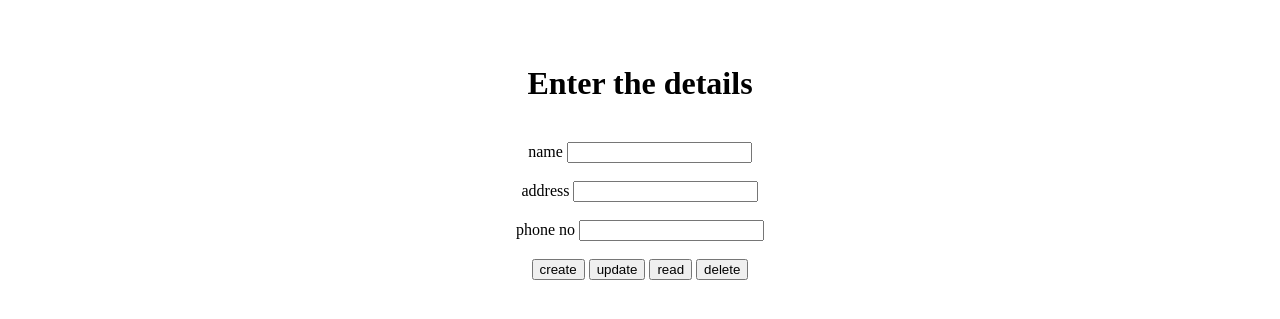
Repository: dhanasekar13/servlet
Page: ajax/war/index.html
An editor plug-in stored every save of this project. The page is shown before and after the next save, followed by the edit.
The browser window is 1280 px wide. The pictures show the whole page.

Above is the page before, as saved 2017-05-11 08:55:32.

After the next save:
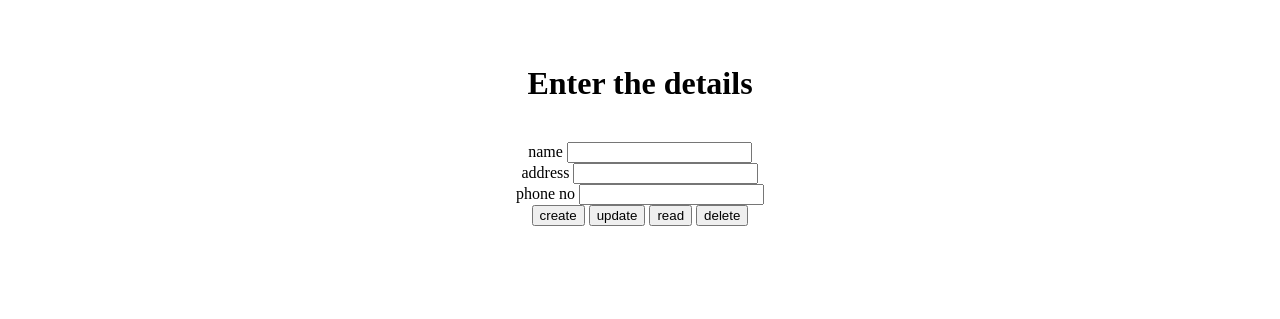
Saved 13 s later.
--- a/ajax/war/index.html
+++ b/ajax/war/index.html
@@ -11,10 +11,10 @@
 <meta http-equiv="content-type" content="text/html; charset=UTF-8">
 <title>Hello App Engine</title>
 <script type="text/javascript">
-function a()
+function script1()
 {
- docuement.getElementById("b1").innerHTML="dhanaseae";
-}
+
+	}
 </script>
 </head>
 
@@ -24,21 +24,21 @@ function a()
  <center>
  <h1>Enter the details</h1>
  <br>
-
+ <form method="get" action="ajax" onsubmit="script1()">
  name
- <input type="text" name="a1" />
- <div id="b1"></div><br>
+ <input id="a1" type="text" name="a1" />
+ <br>
  address
  <input type="text" name="a2"/>
-  <div id="b2"></div><br>
+ </div><br>
  phone no
  <input type ="text" name="a3" />
-  <div id="b3"></div><br>
+  <br>
  <input type="button"  onclick="a()" value="create">
  <input type="button"  onclick="a()" value="update">
  <input type="button"  onclick="a()" value="read">
  <input type="button"  onclick="a()" value="delete">
-
+</form>
   </center>
 </body>
 </html>
